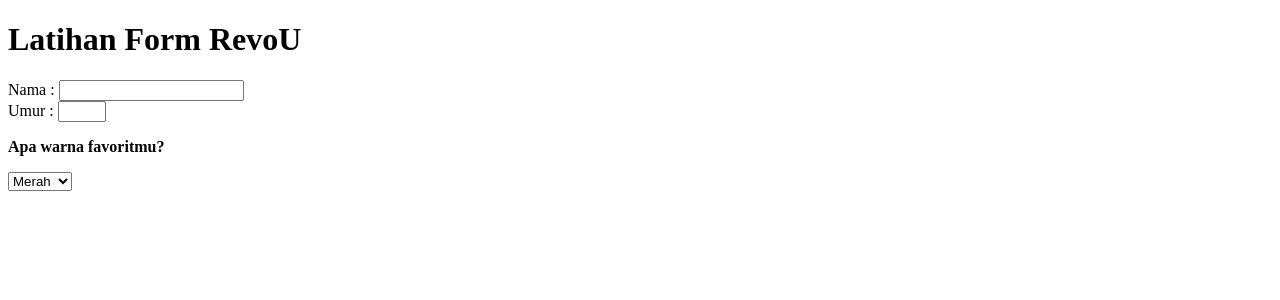
Repository: esramrsln/day2_RevoU
Page: form.html
These files come from the project's save history. The page is drawn as it stood at one moment and after the next save; the edit follows.
The browser window is 1280 px wide. The pictures show the whole page.

Above is the page before, as saved 2024-07-23 21:27:53.

### form.html
<!DOCTYPE html>
<html>
<head>
    <meta charset="UTF-8" />
    <title>Membuat Form sederhana</title>
</head>
<body>
    <h1>Latihan Form RevoU</h1>
    <form>
        <label for="name">Nama :</label>
        <input id="name" type="text"/>
        <br>
        <label for="umur">Umur :</label>
        <input id="umur" type="number" min="1" max="9">
        <p><b> Apa warna favoritmu?</b></p>
        <select name="" id="">
            <option value="">Merah</option>
            <option value="">Kuning</option>
            <option value="">Hijau</option>
        </select>

    </form>
</body>
</html>

After the next save:
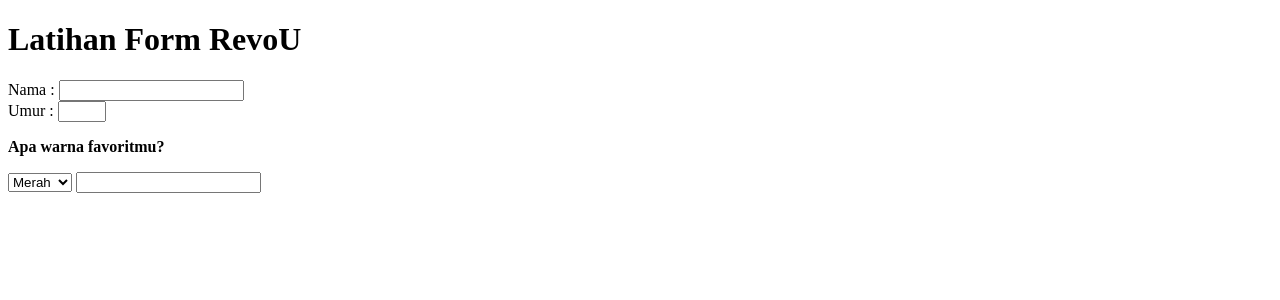
Saved 4 s later.
--- a/form.html
+++ b/form.html
@@ -19,6 +19,7 @@
             <option value="">Hijau</option>
         </select>
 
+        <input type="text" name="" id="">
     </form>
 </body>
 </html>
